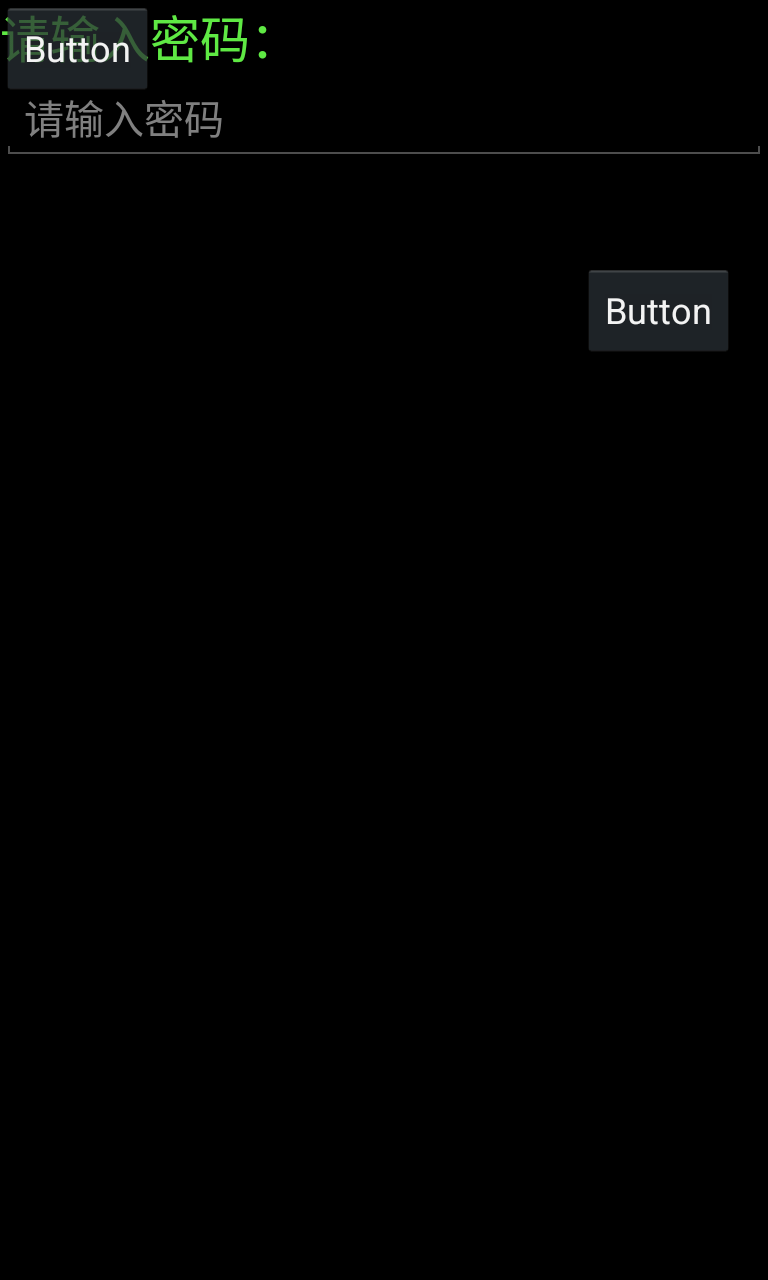
Repository: GuangmingChan/DevelopAndroidApp
Layout: demoButton2/res/layout/main.xml
An editor plug-in stored every save of this project. The layout is shown before and after the next save, followed by the edit.
It is drawn on a 768 x 1280 px phone screen (xhdpi) without system bars, with theme android:Theme.Holo; the app's code is not run.

Above is the layout before, as saved 2017-03-10 01:37:10.

### demoButton2/res/layout/main.xml
<?xml version="1.0" encoding="utf-8"?>
<RelativeLayout xmlns:android="http://schemas.android.com/apk/res/android"
    android:layout_width="fill_parent"
    android:layout_height="fill_parent"
    android:orientation="vertical" >

    <TextView
        android:id="@+id/textView1"
        android:layout_width="wrap_content"
        android:layout_height="wrap_content"
        android:textSize="25sp"
        android:textColor="#5fe944"
        android:text="请输入密码：" />

    <EditText
        android:id="@+id/et"
        android:layout_width="match_parent"
        android:layout_height="wrap_content"
        android:layout_below="@id/textView1"
        android:textSize="20sp"
        android:hint="请输入密码"
        android:inputType="textPassword"
        >
    </EditText>

    <Button
        android:id="@+id/btCancel"
        android:layout_width="wrap_content"
        android:layout_height="wrap_content"
        android:layout_alignParentRight="true"
        android:layout_below="@+id/et"
        android:layout_marginRight="16dp"
        android:layout_marginTop="50dp"
        android:text="Button" />

    <Button
        android:id="@+id/button2"
        android:layout_width="wrap_content"
        android:layout_height="wrap_content"
        android:layout_alignBaseline="@+id/button1"
        android:layout_alignBottom="@+id/button1"
        android:layout_toLeftOf="@+id/button1"
        android:text="Button" />

</RelativeLayout>

After the next save:
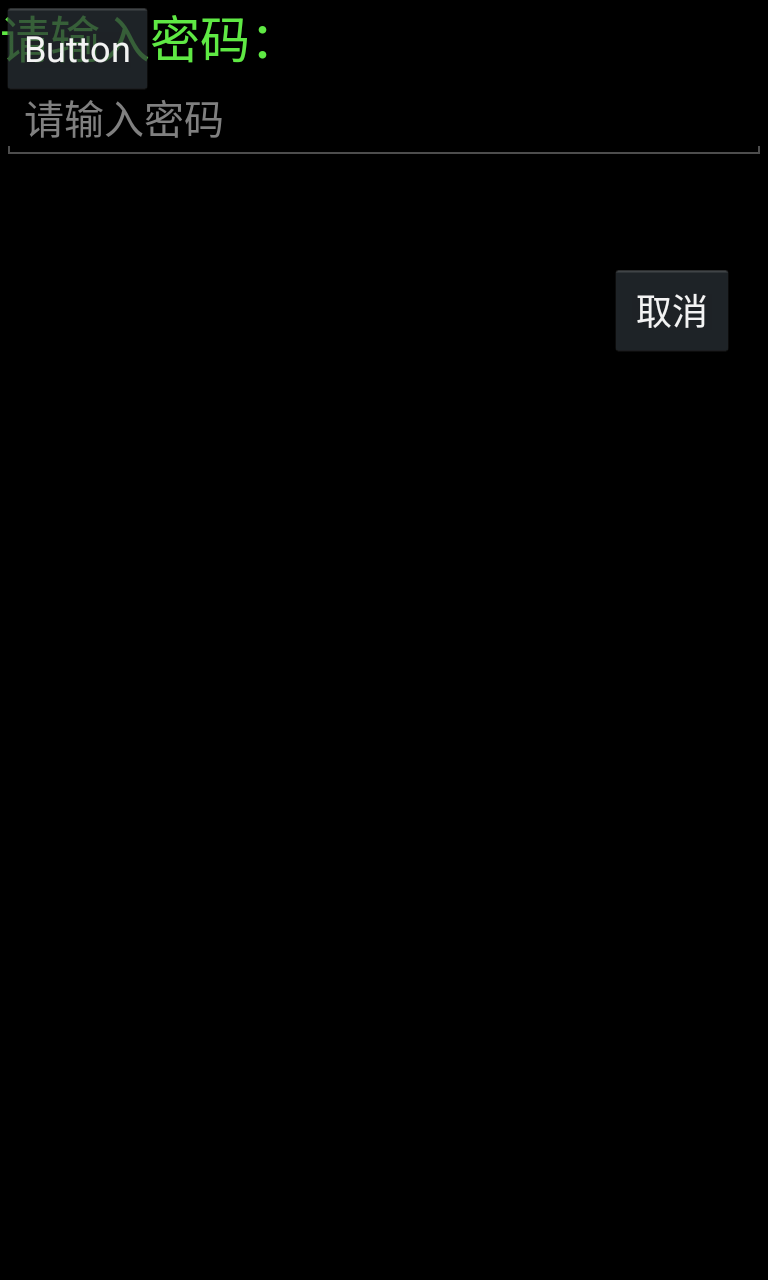
Saved 25 s later.
--- a/demoButton2/res/layout/main.xml
+++ b/demoButton2/res/layout/main.xml
@@ -31,7 +31,7 @@
         android:layout_below="@+id/et"
         android:layout_marginRight="16dp"
         android:layout_marginTop="50dp"
-        android:text="Button" />
+        android:text="取消" />
 
     <Button
         android:id="@+id/button2"
